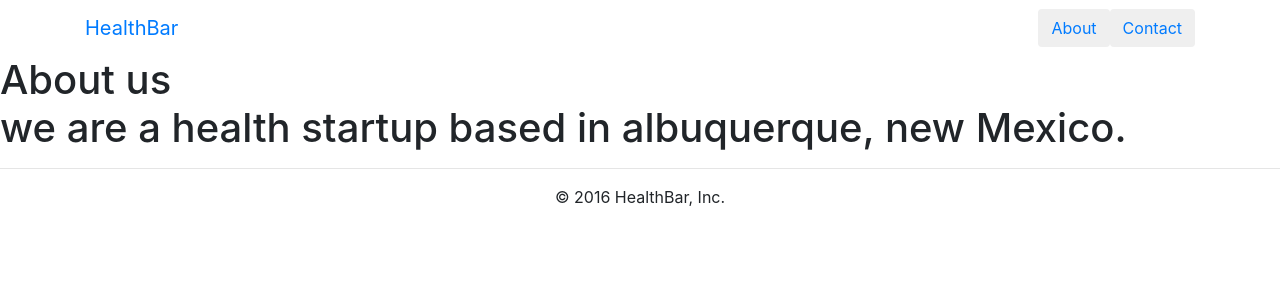
Repository: AdaLover/demoExpressApp
Page: views/contact.pug
An editor plug-in stored every save of this project. The page is shown before and after a run of saves, followed by the edit.
The browser window is 1280 px wide. The pictures show the whole page.
The page is served by the project's Node server (app.js). The template is opened directly, without the code that normally fills it, so the values that code supplies are empty.

Above is the page before, as saved 2018-01-29 18:30:53.

### views/contact.pug
extends layout

block content
 h1 About us
  p  we are a health startup based in albuquerque, new Mexico.

### views/layout.pug
doctype html
html(lang="en")
  head
    title Jumbotron Template for Bootstrap
    link(rel="stylesheet" href="https://maxcdn.bootstrapcdn.com/bootstrap/4.0.0/css/bootstrap.min.css" integrity="sha384-Gn5384xqQ1aoWXA+058RXPxPg6fy4IWvTNh0E263XmFcJlSAwiGgFAW/dAiS6JXm" crossorigin="anonymous")
  body
    nav.navbar.navbar-inverse.navbar-fixed-top
      .container
        .navbar-header
          a.navbar-brand(href="/") HealthBar
        #navbar
            button.btn
             a(href="about") About
            button.btn
             a(href="contact") Contact
    block content
    hr
    footer
     p(class='text-center') © 2016 HealthBar, Inc.

### app.js
const express = require('express');
const path  =  require('path');
const bodyParser = require('body-parser');
const nodemailer = require('nodemailer');

const app = express();

app.use(bodyParser.json());
app.use(bodyParser.urlencoded({'extended':false}));

app.set('views', path.join(__dirname,'views'));
app.set('view engine','pug');

app.get('/',(req,rew)=>{
    rew.render('index');
});
app.get('/about',(req,rew)=>{
    rew.render('about');
});

app.listen(5000);
console.log("server running on port 5000.");

After the next 2 saves:
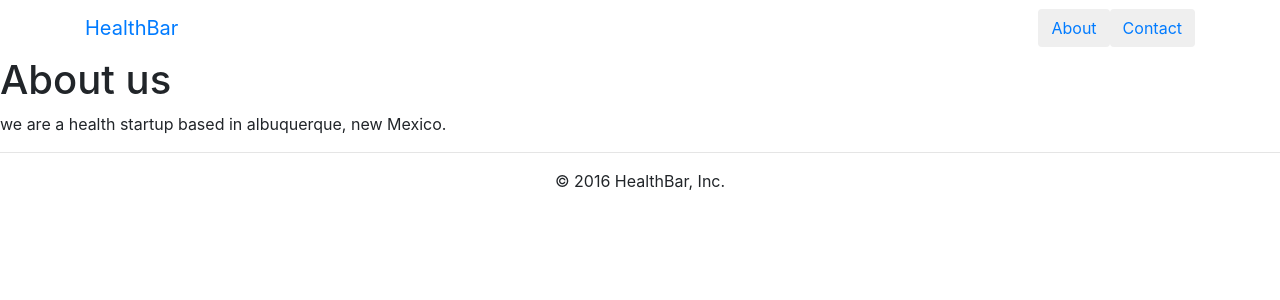
The 2 saves are shown as one change because they came seconds apart.
The last was saved 7 s later.
--- a/views/contact.pug
+++ b/views/contact.pug
@@ -2,4 +2,4 @@ extends layout
 
 block content
  h1 About us
-  p  we are a health startup based in albuquerque, new Mexico.
+ p  we are a health startup based in albuquerque, new Mexico.
